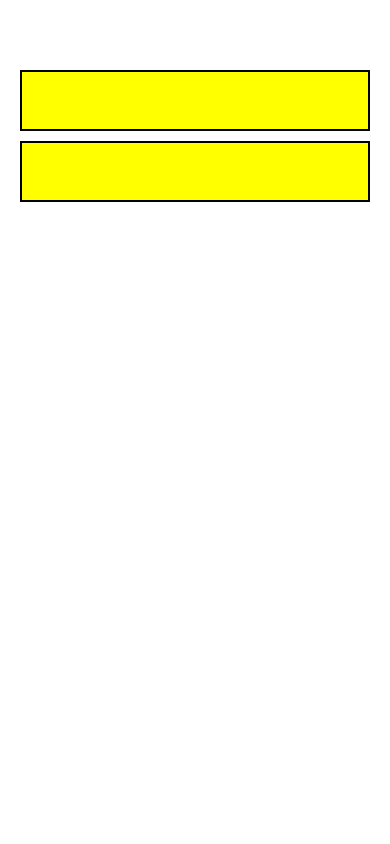
Repository: akinmiday/ReactNativeApp
Screen: /
The author's editor kept a copy of each file at every save. The screen is drawn from the files as they stood at one save, then again after the next save.
The app was drawn by React Native's web renderer in a window 390 px wide. The project was rebuilt for these pictures with package versions that can differ from the ones it lists, and the page was loaded fresh each time.

Above is the screen before, as saved 2023-08-03 16:24:53.

After the next save:
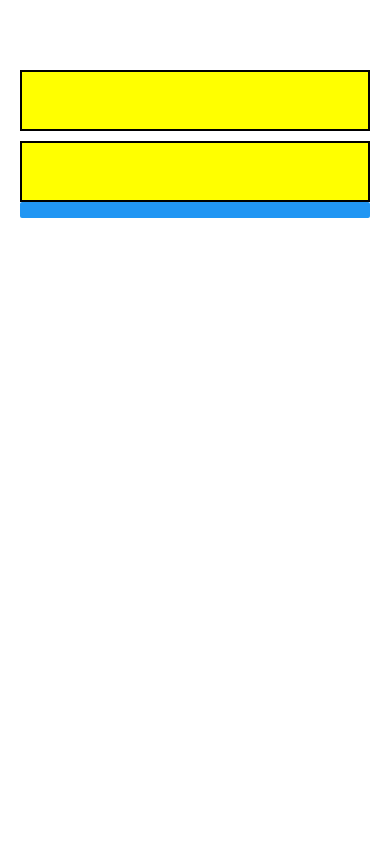
Saved 21 s later.
--- a/App.js
+++ b/App.js
@@ -6,6 +6,7 @@
   TouchableOpacity,
   StyleSheet,
   TextInput,
+  Button,
 } from "react-native";
 import styles from "./styles";
 
@@ -16,6 +17,7 @@
     <View style={container}>
       <TextInput style={input} />
       <TextInput style={input} />
+      <Button />
     </View>
   );
 }

After the save that followed:
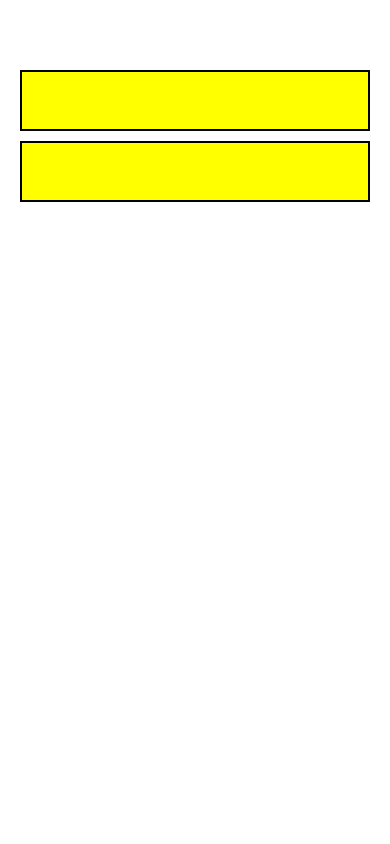
Saved 24 s later.
--- a/App.js
+++ b/App.js
@@ -17,7 +17,6 @@
     <View style={container}>
       <TextInput style={input} />
       <TextInput style={input} />
-      <Button />
     </View>
   );
 }
